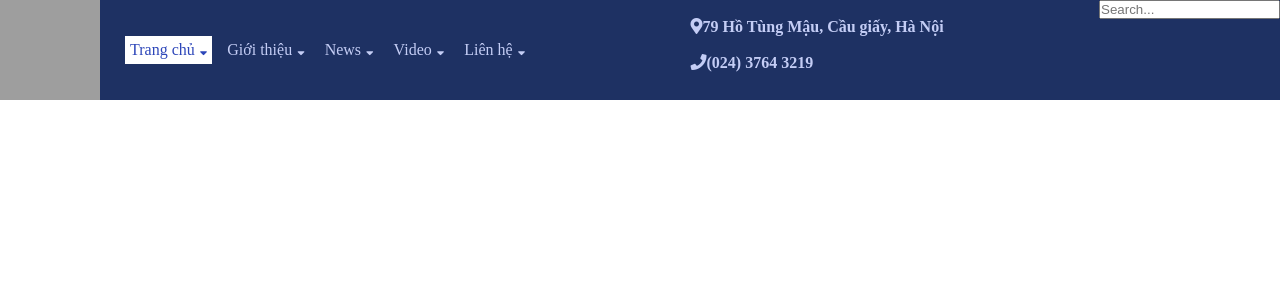
Repository: Luong-tung/newtopics
Page: index2.html
The author's editor kept a copy of each file at every save. The page is drawn from the files as they stood at one save, then again after the next save.
The browser window is 1280 px wide. The pictures show the whole page.
The pointer rests on the first visible `.header .logo ul li`.
Pictures or frames that could not be fetched are drawn as grey boxes. Some web libraries are served in a nearby version.

Above is the page before, as saved 2021-10-07 18:19:52.

After the next save:
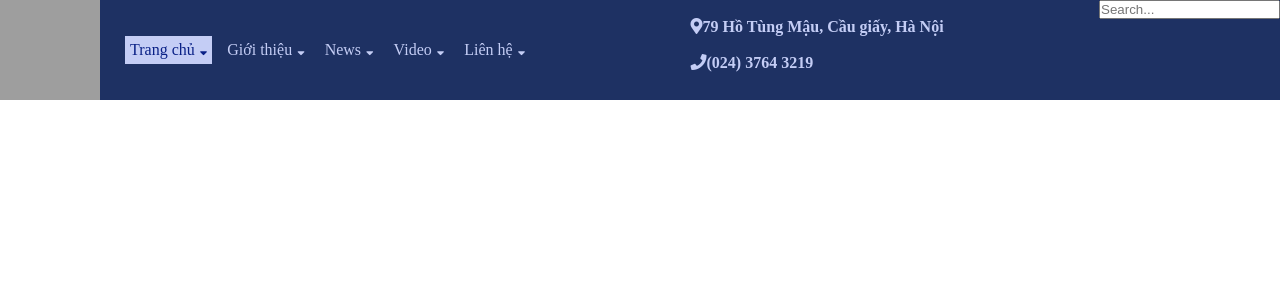
Saved 49 s later.
--- a/iu2.css
+++ b/iu2.css
@@ -39,8 +39,8 @@
     margin-left: 5px;
 }
 .header .logo ul li:hover{
-    background:#fff;
-    color:#2D46B9;
+    background:#c4cdf5;
+    color:#092086;
 
 }
 .header .address p{
